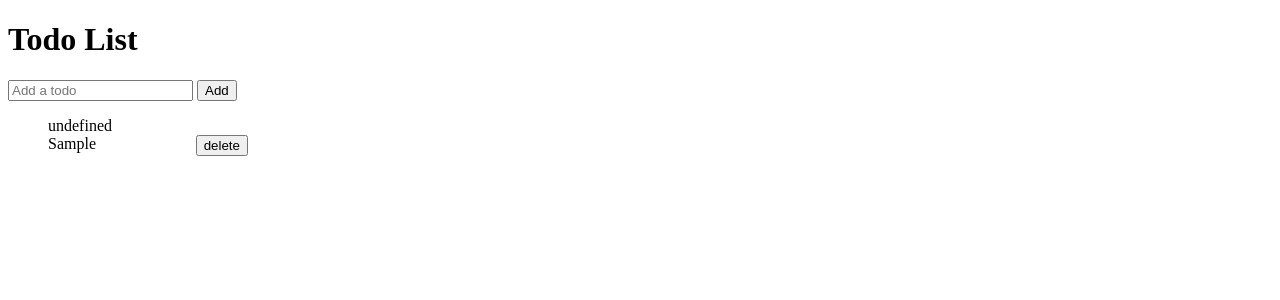
Repository: ble-syn/Todo-list
Page: index.html
An editor plug-in stored every save of this project. The page is shown before and after the next save, followed by the edit.
The browser window is 1280 px wide. The pictures show the whole page.
Empty fields were first filled with sample values (such as "Sample", 5 or name@example.com).
After loading, the first visible `button` was clicked once.

Above is the page before, as saved 2022-10-20 17:36:11.

After the next save:
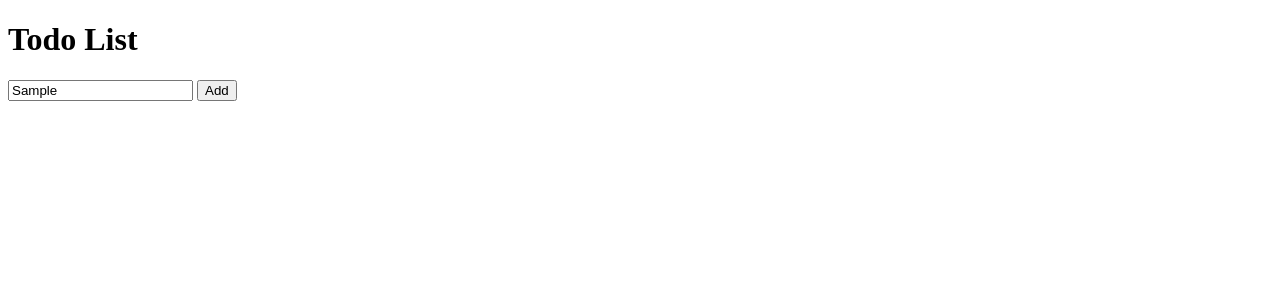
Console error: TypeError: Failed to execute 'insertAdjacentElement' on 'Element': parameter 2 is not of type 'Element'.
Saved 103 s later.
--- a/app.js
+++ b/app.js
@@ -17,7 +17,7 @@
             </li>
         `;
   });
-  todoList.innerHTML = items;
+  todoList.insertAdjacentElement("beforeend", items);
   console.log(typeof todoList)
 }
 

After the 2 saves that followed:
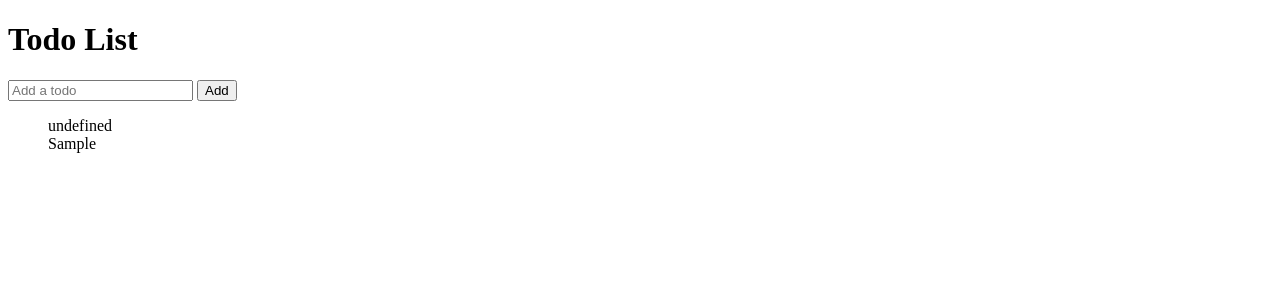
The error is gone.
The 2 saves are shown as one change because 1 left the picture as it was.
The last was saved 73 s later.
--- a/app.js
+++ b/app.js
@@ -7,17 +7,15 @@
 function render() {
   let items;
   const getLocalStorage = JSON.parse(localStorage.getItem("todos"));
-
   getLocalStorage.forEach((element) => {
     items += `
             <li style="display: flex; justify-content: space-between; width: 200px;">
                 <span>${element}</span>
-                <button onclick="delFunc()">delete</button>
 
             </li>
         `;
   });
-  todoList.insertAdjacentElement("beforeend", items);
+  todoList.insertAdjacentHTML("beforeend", items);
   console.log(typeof todoList)
 }
 
